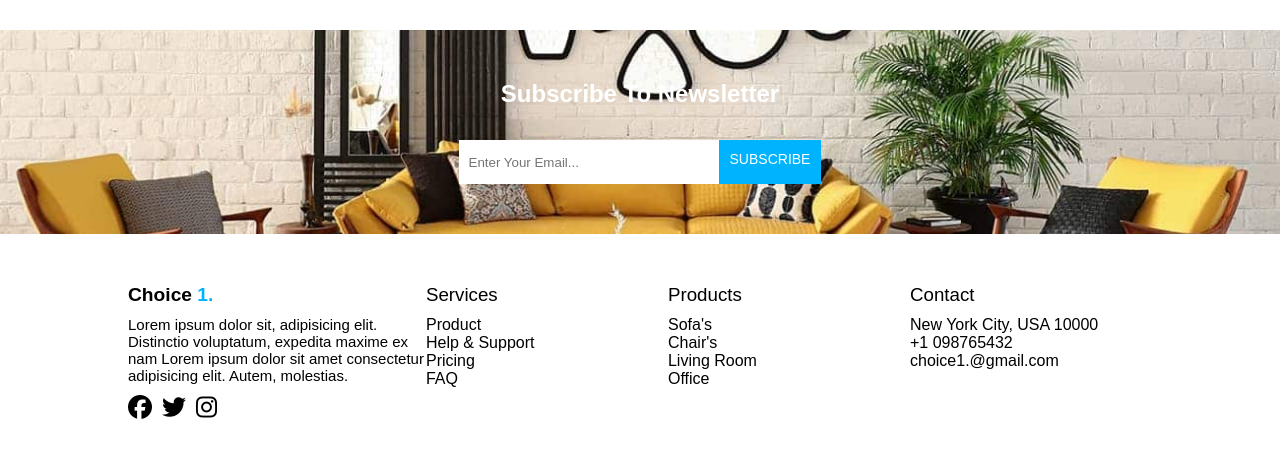
Repository: alishbah7/Choice1
Page: index.html
The author's editor kept a copy of each file at every save. The page is drawn from the files as they stood at one save, then again after the next save.
The browser window is 1280 px wide. The pictures show the part of the page from y = 3939 to 4411 px (the page is 4411 px tall).
A picture or video elsewhere on the page could not be fetched, so the positions and the page height are approximate. Backgrounds fixed to the window are drawn as part of the page.

Above is the page before, as saved 2024-11-24 13:12:49.

After the next save:
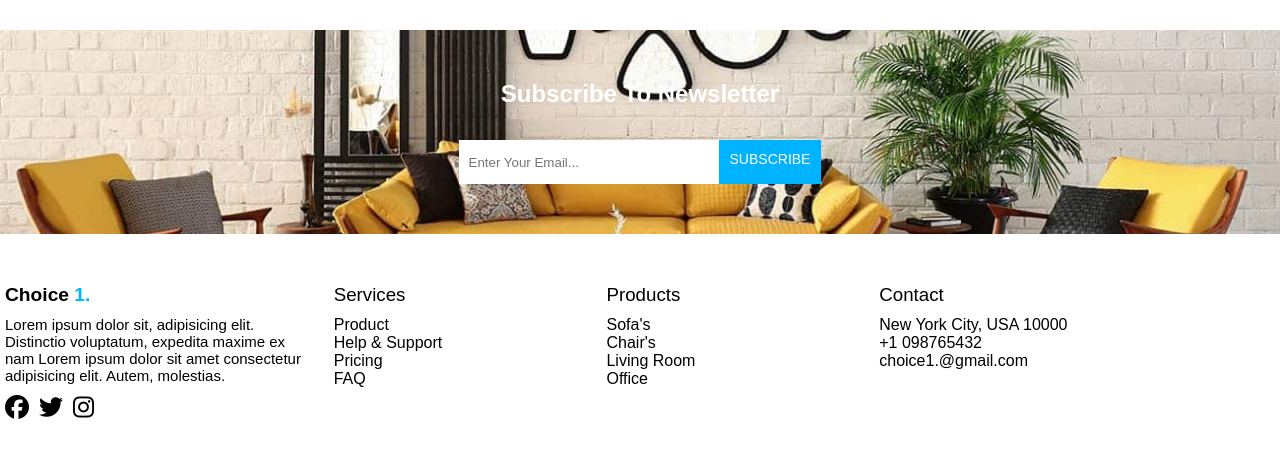
Saved 51 s later.
--- a/style.css
+++ b/style.css
@@ -291,6 +291,7 @@ header{
     display: grid;
     grid-template-columns: repeat(auto-fit, minmax(240px, auto));
     /* gap: 1rem; */
+    padding-left: 5px;
 }
 
 .footer-box h2{
